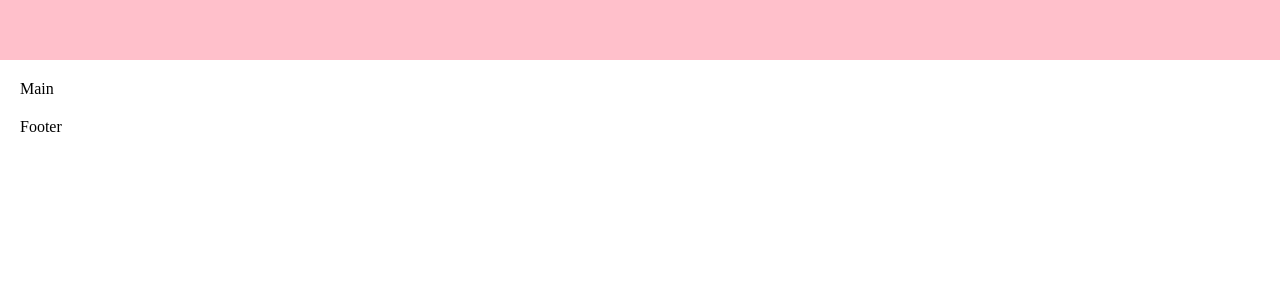
Repository: zhangshuaijie111/myproject-1
Page: /
The author's editor kept a copy of each file at every save. The page is drawn from the files as they stood at one save, then again after the next save.
The browser window is 1280 px wide. The pictures show the whole page.
The project was rebuilt for these pictures with package versions that can differ from the ones it lists, and the page was loaded fresh each time. Also part of the build but not shown: vue.config.js.

Above is the page before, as saved 2023-07-18 17:30:40.

After the next save:
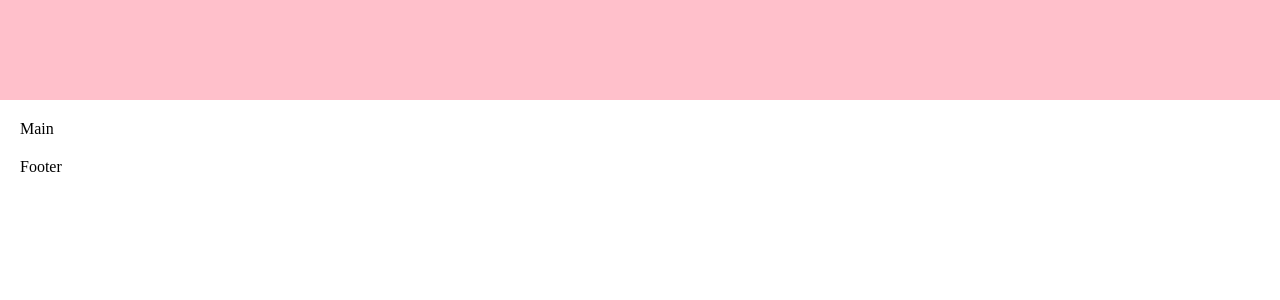
Saved 2 min 43 s later.
--- a/src/views/Main.vue
+++ b/src/views/Main.vue
@@ -1,7 +1,7 @@
 <template>
   <div>
     <el-container>
-      <el-header>
+      <el-header style="height: 100px">
         <CommonHeader />
       </el-header>
       <el-main>Main</el-main>
@@ -21,7 +21,6 @@
 .el-container {
   .el-header {
     width: 100vw;
-    height: 120px;
     background-color: pink;
   }
 }
